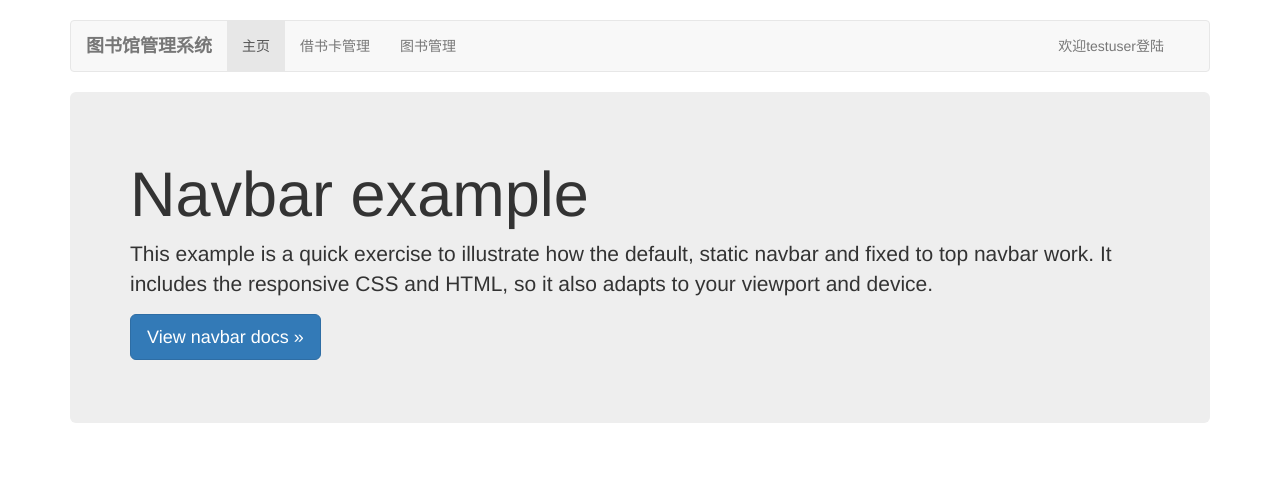
Repository: chaice/code
Page: http://localhost/web5/home
These files come from the project's save history. The page is drawn as it stood at one moment and after the next save; the edit follows.
The browser window is 1280 px wide. The pictures show the whole page.
Some web libraries are served in a nearby version. The page is served by Tomcat 9. The session is filled in as if someone had signed in: {"username": "testuser"}.

Above is the page before, as saved 2016-06-01 08:20:48.

After the next save:
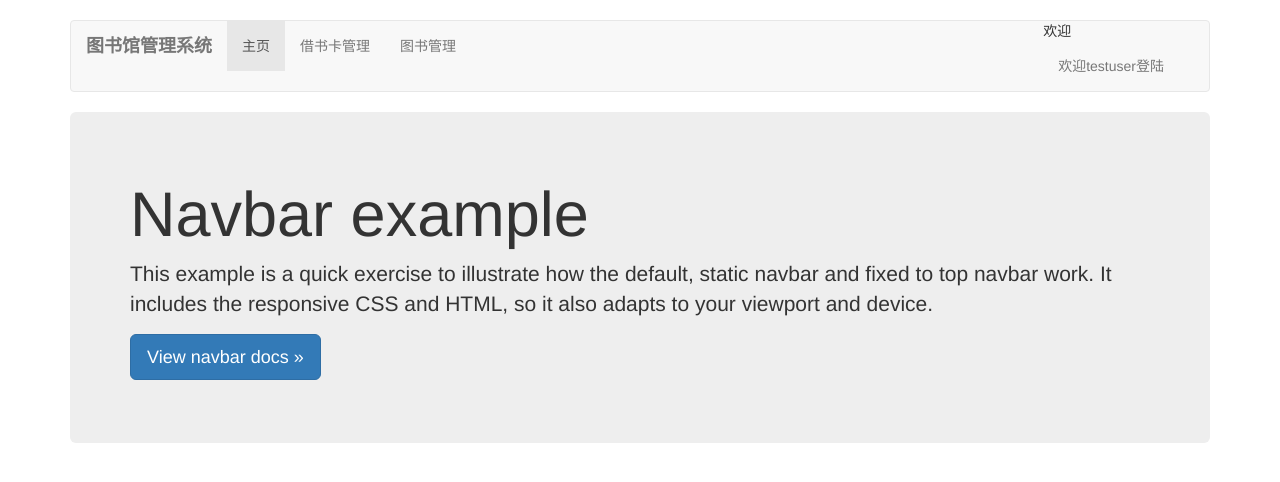
Saved 79 s later.
--- a/web5/WebContent/WEB-INF/views/head.jsp
+++ b/web5/WebContent/WEB-INF/views/head.jsp
@@ -33,7 +33,7 @@
 						<li><a href="/card">借书卡管理</a></li>
 						<li><a href="/book">图书管理</a></li>
 					</ul>
-					<ol style="float:right" class="nav navbar-nav"><li><a>欢迎<%=name%>登陆</a></li></ol>
+					<ol style="float:right" class="nav navbar-nav"><li>欢迎<a>欢迎<%=name%>登陆</a></li></ol>
 				</div>
 				<div id="navbar" class="navbar-collapse collapse" ></div>
 			</div>

After the save that followed:
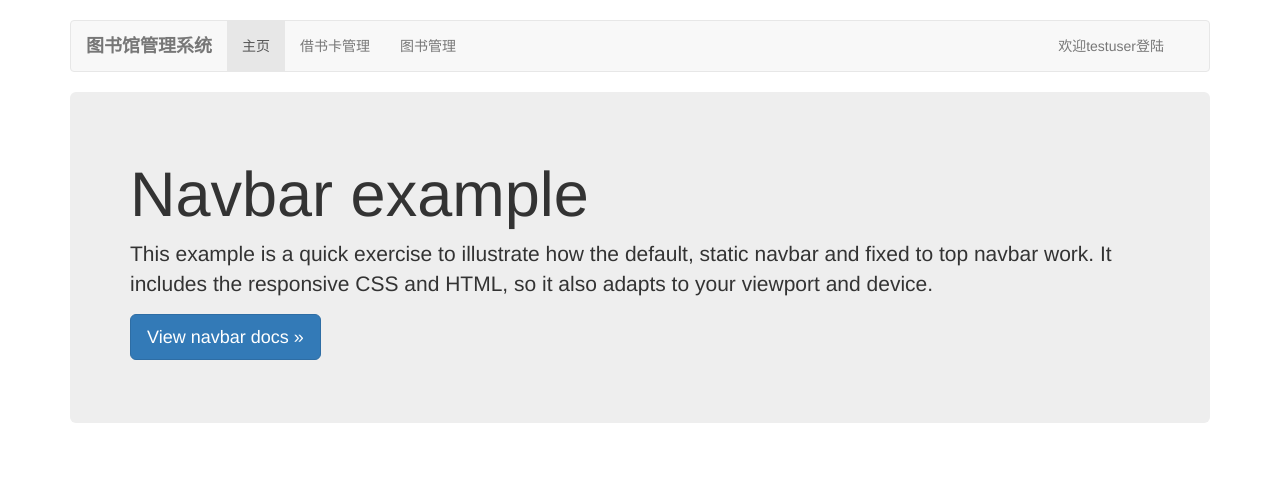
Saved 8 s later.
--- a/web5/WebContent/WEB-INF/views/head.jsp
+++ b/web5/WebContent/WEB-INF/views/head.jsp
@@ -33,7 +33,7 @@
 						<li><a href="/card">借书卡管理</a></li>
 						<li><a href="/book">图书管理</a></li>
 					</ul>
-					<ol style="float:right" class="nav navbar-nav"><li>欢迎<a>欢迎<%=name%>登陆</a></li></ol>
+					<ol style="float:right" class="nav navbar-nav"><li><a>欢迎<%=name%>登陆</a></li></ol>
 				</div>
 				<div id="navbar" class="navbar-collapse collapse" ></div>
 			</div>
